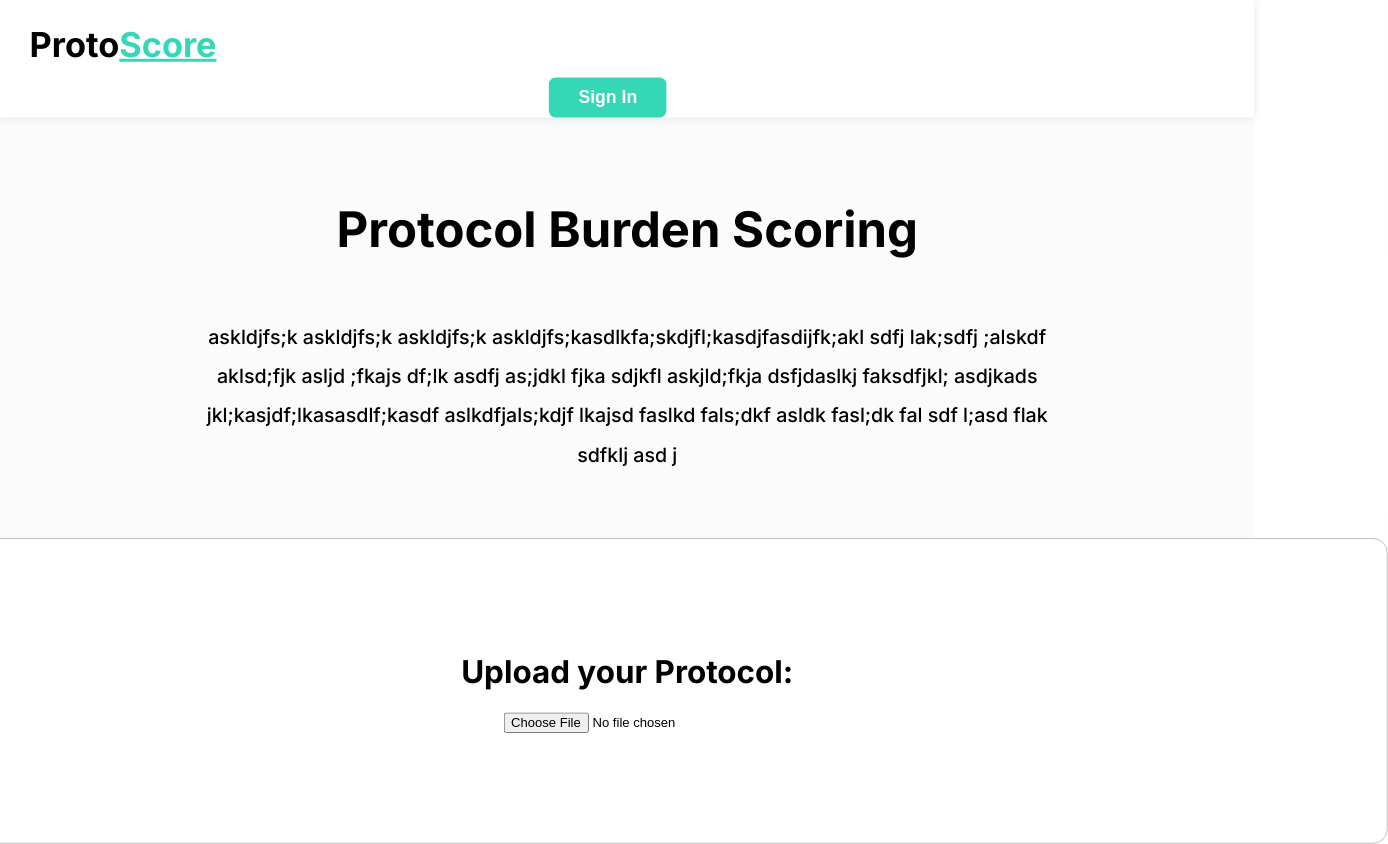
Repository: evanc108/Regeneron2024
Page: / (app in regeneron/)
The author's editor kept a copy of each file at every save. The page is drawn from the files as they stood at one save, then again after a run of saves.
The browser window is 1280 px wide. The page is 1416 px wide, so the pictures cover 1416 px, including what lies to the right of the window. The pictures show the whole page, at 98% of full size.
The project was rebuilt for these pictures with package versions that can differ from the ones it lists, and the page was loaded fresh each time.

Above is the page before, as saved 2024-05-14 02:48:31.

### regeneron/src/App.js
import './App.css';
import React, { useState } from 'react';
import Feedback from './pages/Feedback';


function App() {
  return (
    <div className="App">
      <div style={{backgroundColor: "white", width: "100%", padding: "0.2px", boxShadow: "0px 0px 10px rgba(0, 0, 0, 0.1)"}}>
        <h1 style={{ marginLeft: "30px", fontSize: "35px", textAlign: "left"}}>
          <span style={{color: "black"}}>Proto</span>
          <span style={{color: "#36d7b7", textDecoration: "underline"}}>Score</span>
        </h1>
        <button style={{ marginRight: "40px", marginTop: "-65px", backgroundColor:"#36d7b7", border:"none", color:"white", padding:"10px 30px 10px 30px", borderRadius:"7px", fontSize:"18px", fontWeight:"bold"}}>Sign In</button>
      </div>


      {/* <input value={inputValue} onChange={handleChange}></input>
      <button onClick={sendRequest}>Click me</button>
      <div>
        <p>Physical Burden: {burden.physical}</p>
        <p>Logistical Burden: {burden.logistical}</p>
        <p>Financial: {burden.financial}</p>
        <p>Psychological Burden: {burden.psychological}</p>
      </div> */}
      <Feedback></Feedback>
    </div>
  );
}

export default App;

### regeneron/src/App.css
.App {
  text-align: center;
  background-color: #fbfbfb;
  margin: 0;
  height: 110vh;
}

body {
  font-family: 'Inter', sans-serif;
  margin: 0;
  padding: 0;
  height: 110vh;
}

.App-logo {
  height: 40vmin;
  pointer-events: none;
}

@media (prefers-reduced-motion: no-preference) {
  .App-logo {
    animation: App-logo-spin infinite 20s linear;
  }
}

.App-header {
  background-color: #282c34;
  min-height: 100vh;
  display: flex;
  flex-direction: column;
  align-items: center;
  justify-content: center;
  font-size: calc(10px + 2vmin);
  color: white;
}

.App-link {
  color: #61dafb;
}

@keyframes App-logo-spin {
  from {
    transform: rotate(0deg);
  }
  to {
    transform: rotate(360deg);
  }
}

### regeneron/src/pages/Feedback.js
import React, { useState } from 'react';
import '../styles/feedback.css';
import { handleExtraction } from '../openAIServices';
import { PropagateLoader } from 'react-spinners';

function Feedback() {
    const [fileUploaded, setFileUploaded] = useState(false);
    const [loading, setLoading] = useState(false);
    const [burden, setBurden] = useState({});
    const [pdfUrl, setPdfUrl] = useState("");

    const handleFileUpload = async (text) => {
        setLoading(true);
        // Uncomment and use when API is connected
        // const response = await handleExtraction(text);
        // setBurden(response);
        setFileUploaded(true);
        setLoading(false);
    };

    function extractText(event) {
        const file = event.target.files[0];
        if (file) {
            const url = URL.createObjectURL(file);
            setPdfUrl(url);
            setFileUploaded(true);

            const reader = new FileReader();
            reader.onload = async (e) => {
                const text = await reader.result;
                console.log(text);
                handleFileUpload(text);
            };
            reader.readAsText(file);
        }
    }

    return (
        <div className="feedback-container">
            {!fileUploaded && (
                <div style={{display:"flex", flexDirection:"column", justifyContent:"center", alignItems:"center", marginTop:"5%"}}>
                    <div className="onboarding">
                        <h1 style={{fontSize:"50px", marginBottom:"40px"}}>Protocol Burden Scoring</h1>
                        <p style={{textOverflow: "ellipsis", whiteSpace: "normal", width: "900px", lineHeight:"40px"}}>
                            askldjfs;k askldjfs;k askldjfs;k askldjfs;kasdlkfa;skdjfl;kasdjfasdijfk;akl sdfj lak;sdfj ;alskdf aklsd;fjk asljd ;fkajs df;lk asdfj as;jdkl fjka sdjkfl askjld;fkja dsfjdaslkj faksdfjkl; asdjkads jkl;kasjdf;lkasasdlf;kasdf aslkdfjals;kdjf lkajsd faslkd fals;dkf asldk fasl;dk fal sdf l;asd flak sdfklj asd j</p>
                    </div>
                    <div className='upload-file'>
                        {!fileUploaded && !loading && (
                            <div>
                                <h1>Upload your Protocol:</h1>
                                <input
                                    type="file"
                                    accept=".pdf"
                                    onChange={extractText}
                                />
                            </div>
                        )}
                        {loading && (
                            <div style={{ marginTop: "30px" }}>
                                <h2>Calculating Burden...</h2>
                                <PropagateLoader color="#36d7b7" />
                            </div>
                        )}
                    </div>
                </div>
            )}

            {fileUploaded && !loading && (
                <div className="protocol-container">
                    <div className="iframe-container">
                        <iframe src={pdfUrl} style={{ width: '100%', height: '100%' }}></iframe>
                    </div>
                </div>
            )}
            {fileUploaded && !loading && (
                <div className="score-container">
                    <div>
                        <p style={{ fontSize: '17px', fontWeight: '300', marginBottom: '-3px' }}>Burden Score</p>
                        <span style={{ fontSize: '50px', fontWeight: '600' }}>{burden.score || 'N/A'}</span>
                    </div>
                </div>
            )}
        </div>
    );
}

export default Feedback;

### regeneron/src/styles/feedback.css
.feedback-container {
    display: flex;
    flex-direction: row;
    justify-content: center;
    margin-top: -2.5%;
    align-items: center;
}

.onboarding {
    font-size: 20px;
    font-weight: 500;
    margin-top: 2%;
    display: flex;
    flex-direction: column;
    justify-content: center;
    align-items: center;
}

.upload-file {
    border-color: rgb(189, 189, 189);
    border-width: 1px;
    border-style: solid;
    padding-left: 100px;
    padding-right: 100px;
    width: 150%;
    height: 30vh;
    margin-top: 5%;
    border-radius: 15px;
    background-color: white;
    overflow: hidden;
    padding-top: 10.5%;
}

.protocol-container {
    border-color: rgb(189, 189, 189);
    border-width: 1px;
    border-style: solid;
    padding-left: 100px;
    padding-right: 100px;
    width: 40%;
    height: 68vh;
    margin-top: 5%;
    border-radius: 15px;
    background-color: white;
    overflow: hidden;
    padding-top: 10.5%;
}

.score-container {
    border-color: rgb(189, 189, 189);
    border-width: 1px;
    border-style: solid;
    padding: 100px;
    width: 10%;
    height: 65.3vh;
    margin-top: 5%;
    border-radius: 15px;
    background-color: white;
    margin-left: 30px;
}

.score {
    font-size: large;
}

.unique-score {
    font-size: 86px;
    font-weight: 500;
}


.iframe-container {
    top: -28%;
    width: 130%;
    left: -15%;
    height: 150%;  /* Adjust height as needed */
    overflow: hidden;
    position: relative;
}

Loaded but not shown: regeneron/public/index.html (common file); regeneron/src/index.js (common file); regeneron/src/openAIServices.js (no copy from this time; the picture is the same without it)

After the next 2 saves:
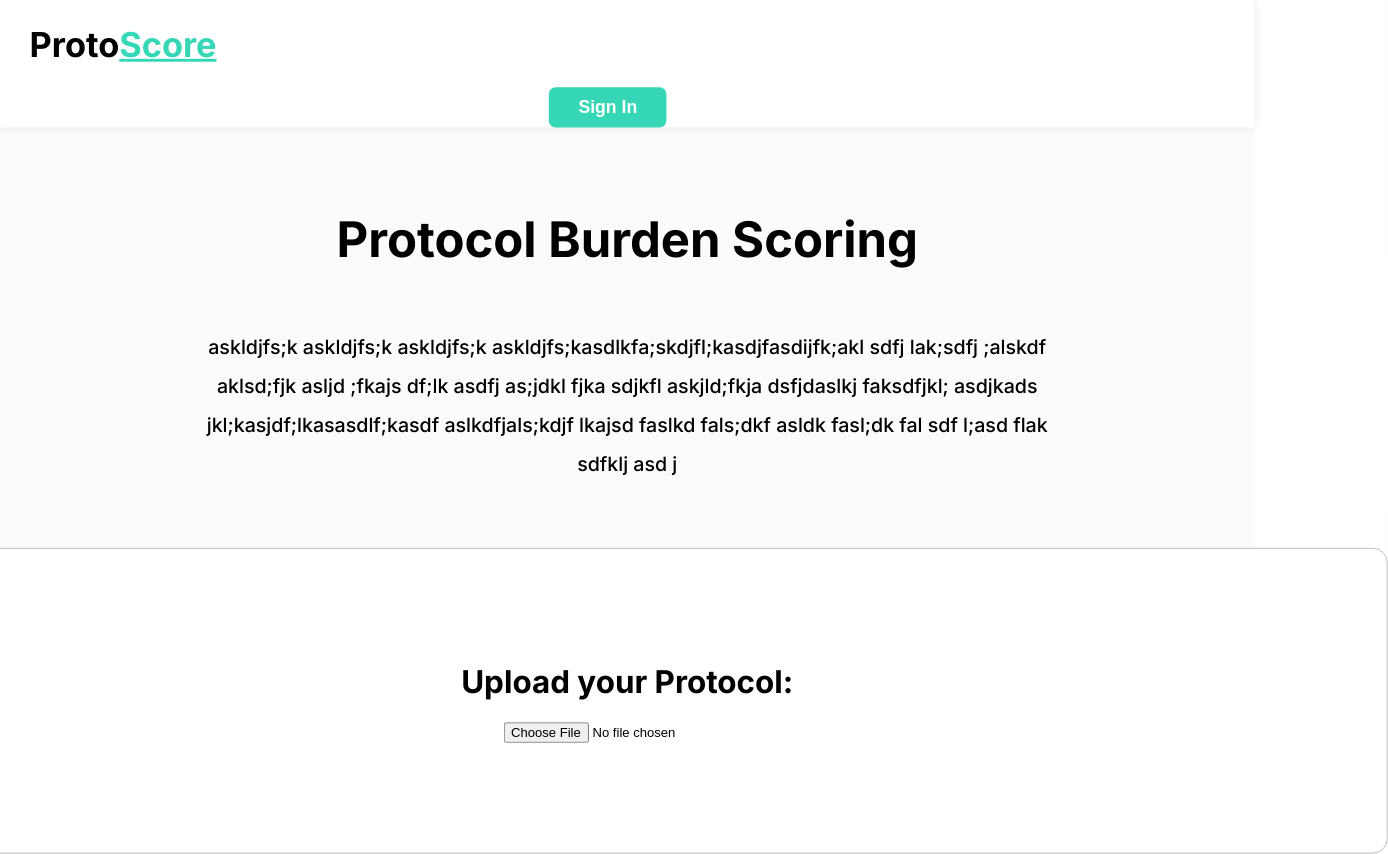
The 2 saves are shown as one change because they came seconds apart.
The last was saved 24 s later.
--- a/regeneron/src/App.js
+++ b/regeneron/src/App.js
@@ -11,7 +11,7 @@ function App() {
           <span style={{color: "black"}}>Proto</span>
           <span style={{color: "#36d7b7", textDecoration: "underline"}}>Score</span>
         </h1>
-        <button style={{ marginRight: "40px", marginTop: "-65px", backgroundColor:"#36d7b7", border:"none", color:"white", padding:"10px 30px 10px 30px", borderRadius:"7px", fontSize:"18px", fontWeight:"bold"}}>Sign In</button>
+        <button style={{ marginRight: "40px", backgroundColor:"#36d7b7", border:"none", color:"white", padding:"10px 30px 10px 30px", borderRadius:"7px", fontSize:"18px", fontWeight:"bold"}}>Sign In</button>
       </div>
 
 
